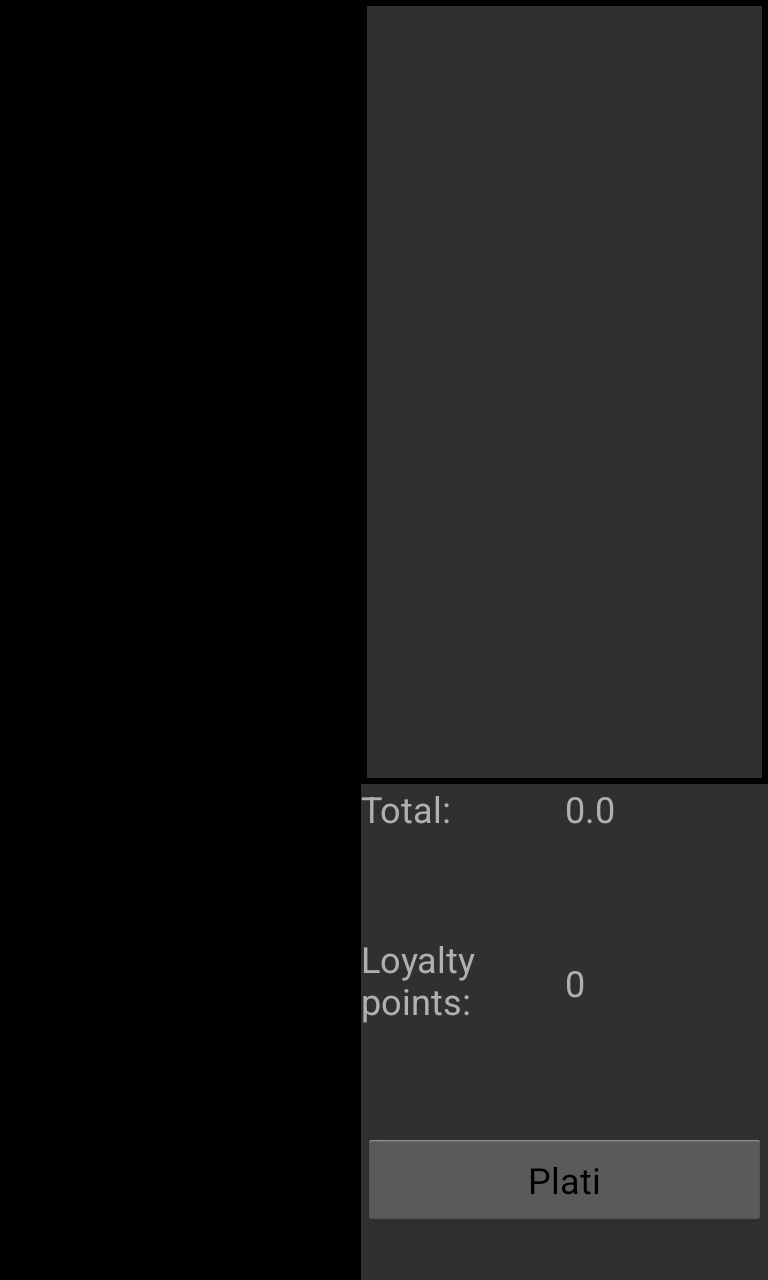
Repository: dzenisahusic/AndroidApp
Layout: Edit2014Sales/res/layout/fragment_kasa.xml
These files come from the project's save history. The layout is drawn as it stood at one moment and after the next save; the edit follows.
It is drawn on a 768 x 1280 px phone screen (xhdpi) without system bars, with theme AppTheme; the app's code is not run. Lists and similar views that code fills are empty.

Above is the layout before, as saved 2014-07-15 14:53:53.

### Edit2014Sales/res/layout/fragment_kasa.xml
<RelativeLayout xmlns:android="http://schemas.android.com/apk/res/android"
    xmlns:tools="http://schemas.android.com/tools"
    android:id="@+id/layoutKasa"
    android:layout_width="match_parent"
    android:layout_height="fill_parent"
    tools:context="${relativePackage}.${activityClass}" >

    <RelativeLayout
        android:layout_width="match_parent"
        android:layout_height="match_parent"
        android:layout_alignParentBottom="true"
        android:layout_alignParentLeft="true"
        android:layout_alignParentRight="true"
        android:layout_alignParentTop="true"
        >

        <!-- Glavni layout -->
        <LinearLayout
            android:layout_width="fill_parent"
            android:layout_height="fill_parent"
            android:layout_weight="6"
            android:shape="rectangle"
            android:color="#000000"
            android:layout_alignParentLeft="true"
            android:layout_alignParentTop="true"
            android:background="#000000" >

            <!-- Desni layout -->

            <LinearLayout
                android:layout_width="238dp"
                android:layout_height="fill_parent"
                android:layout_weight="3"

                android:orientation="vertical"
                >

                <ListView android:id="@+id/list"
                                    android:layout_width="fill_parent"
                                    android:layout_height="fill_parent"
                                    />


            </LinearLayout>

            <!-- Lijevi layout -->
            <LinearLayout
                android:layout_width="261dp"
                android:layout_height="fill_parent"
                android:background="#303030"
                android:orientation="vertical"
                android:layout_weight="3" >

                                <!-- Gornji layout -->

                <LinearLayout
                    android:layout_width="fill_parent"
                    android:layout_height="184dp"
                    android:layout_weight="2"

                    android:orientation="vertical"
                     android:background="@drawable/krug"
                     >

                    <ListView android:id="@+id/list_racun"
    android:layout_width="fill_parent"
    android:layout_height="fill_parent"
    android:divider="#FFFFFF"

        							android:dividerHeight="4px"/>

                </LinearLayout>

                                <!-- Donji layout -->

                <LinearLayout
                    android:layout_width="fill_parent"
                    android:layout_height="wrap_content"
                    android:layout_weight="1"
                    android:background="#303030"
                    android:orientation="horizontal" >

                    <LinearLayout
                        android:layout_width="fill_parent"
                        android:layout_height="match_parent"
                        android:layout_weight="0.5"
                        android:background="#303030"
                        android:orientation="vertical" >

                        <LinearLayout
                            android:layout_width="match_parent"
                            android:layout_height="wrap_content"
                            android:layout_weight="0.24"
                            android:orientation="vertical" >

                            <TextView
                                android:id="@+id/textTotal"
                                android:layout_width="wrap_content"
                                android:layout_height="wrap_content"
                                android:textColor="#B0B0B0"
                                android:text="Total:"
                                android:clickable="true"
                                 android:onClick = "onClickmyTextView"
                                android:textAppearance="?android:attr/textAppearanceMedium" />

                        </LinearLayout>

                        <LinearLayout
                            android:layout_width="match_parent"
                            android:layout_height="wrap_content"
                            android:layout_weight="0.25"
                            android:orientation="vertical" >

                            <TextView
                                android:id="@+id/textLoyalty"
                                android:layout_width="wrap_content"
                                android:layout_height="wrap_content"
                                android:textColor="#B0B0B0"
                                android:text="Loyalty points:"
                                android:textAppearance="?android:attr/textAppearanceMedium" />

                        </LinearLayout>

                    </LinearLayout>

                     <LinearLayout
                         android:layout_width="fill_parent"
                         android:layout_height="match_parent"
                         android:layout_weight="0.5"
                         android:background="#303030"
                         android:orientation="vertical" >

                         <LinearLayout
                             android:layout_width="match_parent"
                             android:layout_height="wrap_content"
                             android:layout_weight="0.25"
                             android:textColor="#B0B0B0"
                             android:orientation="vertical" >

                             <TextView
                                 android:id="@+id/total"
                                 android:layout_width="wrap_content"
                                 android:layout_height="wrap_content"
                                 android:text="0.0"
                                 android:textColor="#B0B0B0"
                                 android:textAppearance="?android:attr/textAppearanceMedium" />

                         </LinearLayout>

                         <LinearLayout
                             android:layout_width="match_parent"
                             android:layout_height="wrap_content"
                             android:layout_weight="0.25"
                             android:orientation="vertical" >

                             <TextView
                                 android:id="@+id/loyalty"
                                 android:layout_width="wrap_content"
                                 android:layout_height="wrap_content"
                                 android:textColor="#B0B0B0"
                                 android:text="0"
                                 android:textAppearance="?android:attr/textAppearanceMedium" />

                         </LinearLayout>


                    </LinearLayout>



                </LinearLayout>

  <LinearLayout
                             android:layout_width="match_parent"
                             android:layout_height="wrap_content"
                             android:layout_weight="0.25"
                             android:orientation="horizontal" >

                           <Button
                    android:id="@+id/plati"
                    android:layout_width="fill_parent"
                    android:layout_height="wrap_content"
                    android:text="Plati" />

                         </LinearLayout>
            </LinearLayout>

        </LinearLayout>

    </RelativeLayout>

</RelativeLayout>

### Edit2014Sales/res/values/styles.xml
<resources>

    <!--
        Base application theme, dependent on API level. This theme is replaced
        by AppBaseTheme from res/values-vXX/styles.xml on newer devices.
    -->
    <style name="AppBaseTheme" parent="android:Theme.Light">
        <!--
            Theme customizations available in newer API levels can go in
            res/values-vXX/styles.xml, while customizations related to
            backward-compatibility can go here.
        -->
    </style>

    <!-- Application theme. -->
    <style name="AppTheme" parent="AppBaseTheme">
        <!-- All customizations that are NOT specific to a particular API-level can go here. -->
    </style>
 <style name="Animations" />

    <style name="Animations.PopDownMenu" />

    <style name="Animations.PopDownMenu.Left">
        <item name="@android:windowEnterAnimation">@anim/grow_from_topleft_to_bottomright</item>
        <item name="@android:windowExitAnimation">@anim/shrink_from_bottomright_to_topleft</item>
    </style>


    <style name="Animations.PopUpMenu" />

    <style name="Animations.PopUpMenu.Left">
        <item name="@android:windowEnterAnimation">@anim/grow_from_bottomleft_to_topright</item>
        <item name="@android:windowExitAnimation">@anim/shrink_from_topright_to_bottomleft</item>
    </style>
</resources>

### Edit2014Sales/res/drawable-hdpi/krug.xml
<?xml version="1.0" encoding="UTF-8"?>

  <shape xmlns:android="http://schemas.android.com/apk/res/android" android:shape="rectangle">
  <stroke
        android:width="3dp"
        android:color="#000000" >
    </stroke>
</shape>

### Edit2014Sales/res/drawable-hdpi/rounded_corner_top.xml
<?xml version="1.0" encoding="UTF-8"?>

  <shape xmlns:android="http://schemas.android.com/apk/res/android" android:shape="rectangle">
  <corners android:radius="20dp"/>
  <solid android:color="#CCCCCC"/>
  <stroke
        android:width="3dp"
        android:color="#800000" >
    </stroke>
</shape>

Loaded but not shown: Edit2014Sales/res/values-v11/styles.xml (common file); Edit2014Sales/res/values-v14/styles.xml (common file)

After the next save:
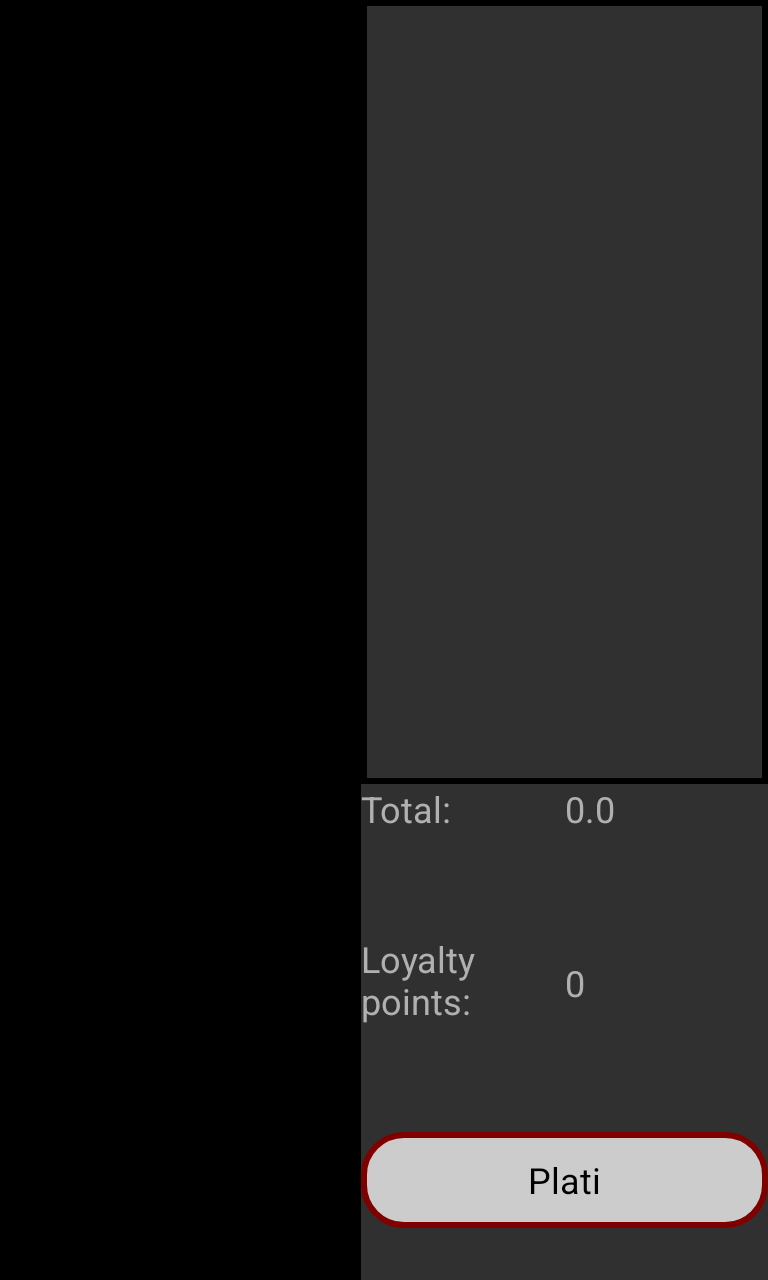
Saved 2 h 32 min later.
--- a/Edit2014Sales/res/layout/fragment_kasa.xml
+++ b/Edit2014Sales/res/layout/fragment_kasa.xml
@@ -180,7 +180,8 @@
                     android:id="@+id/plati"
                     android:layout_width="fill_parent"
                     android:layout_height="wrap_content"
-                    android:text="Plati" />
+                    android:text="Plati"
+                    android:background="@drawable/rounded_corner_top"/>
 
                          </LinearLayout>
             </LinearLayout>
